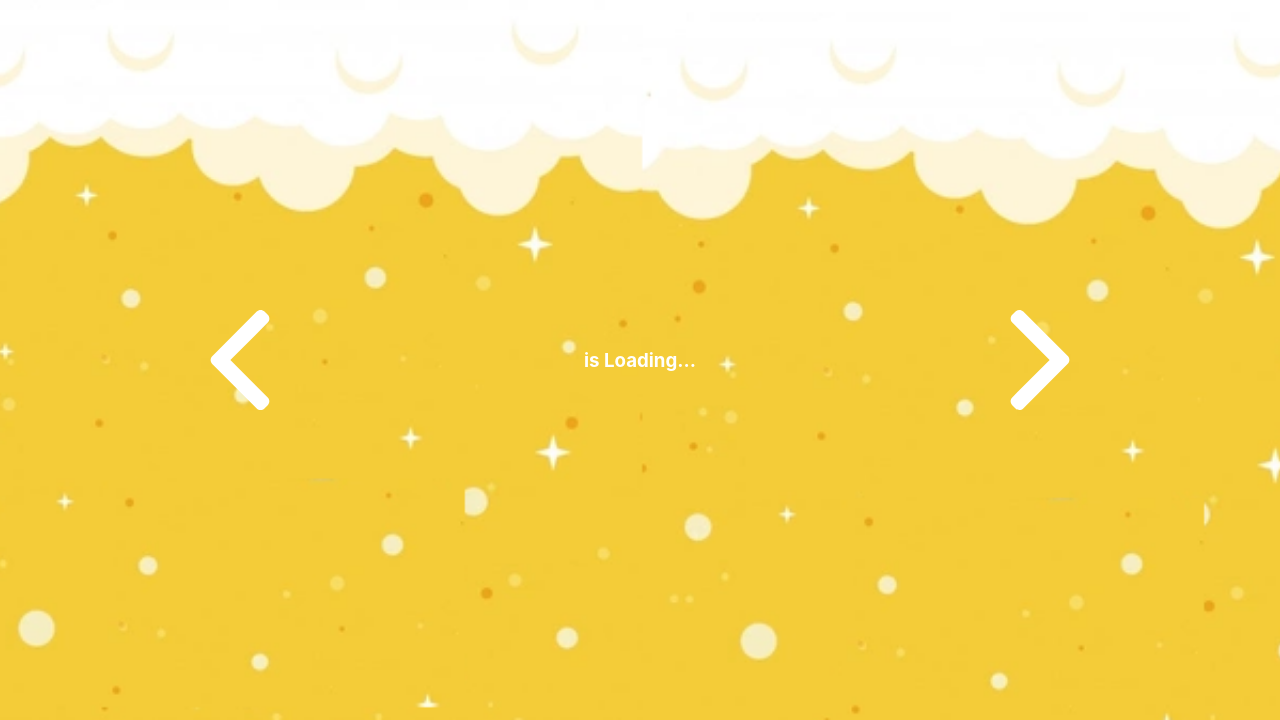
Repository: SebastianArmata22/Beer-app
Page: /
An editor plug-in stored every save of this project. The page is shown before and after the next save, followed by the edit.
The browser window is 1280 px wide. The pictures show the whole page.
The page's requests for data from a server got no answer. The project was rebuilt for these pictures with package versions that can differ from the ones it lists, and the page was loaded fresh each time. No one was signed in, and anything a server would have sent is missing. Also part of the build but not shown: src/components/Card.js.

Above is the page before, as saved 2021-02-12 23:40:10.

### src/index.css
body {
  margin: 0;
  font-family: -apple-system, BlinkMacSystemFont, 'Segoe UI', 'Roboto', 'Oxygen',
    'Ubuntu', 'Cantarell', 'Fira Sans', 'Droid Sans', 'Helvetica Neue',
    sans-serif;
  -webkit-font-smoothing: antialiased;
  -moz-osx-font-smoothing: grayscale;
  box-sizing: border-box;;

}

code {
  font-family: source-code-pro, Menlo, Monaco, Consolas, 'Courier New',
    monospace;
}

### src/components/App.js
import './App.css';
import Card from './Card.js'
import React from 'react'
import rigtArrow from'../icons/right-arrow.svg'
import leftArrow from'../icons/left-arrow.svg'


class App extends React.Component {

  constructor(props){
    super(props);
    this.state={
      isLoaded:false,
      data:[],
      isNext:true
    }
    this.counter=1
    this.nextBeer=this.nextBeer.bind(this)
    this.previousBeer=this.previousBeer.bind(this)
  }
  getUrl(){
   return `https://api.punkapi.com/v2/beers/${this.counter}`
  }
  getDateFromApi(url){
    fetch(url)
    .then(response=>response.json())
    .then(dataApi=>this.setState({
      isLoaded: true,
      data: dataApi}))
  }
  nextBeer(){
    this.setState({isLoaded: false})
    this.counter<325 && this.counter++
    this.getDateFromApi(this.getUrl())
    this.setState({isNext:true})
  }
 previousBeer(){
    this.setState({isLoaded: false})
    this.counter>1 && this.counter--
    this.getDateFromApi(this.getUrl());
    this.setState({isNext:false})
  }
  componentDidMount(){
    this.getDateFromApi(this.getUrl());
  }
  render(){
    return(
        <div className="app-container">
        <img className="svg-button" onClick={this.previousBeer} src={leftArrow} alt="previous" height='100px'/>
        {this.state.isLoaded ? <Card item={this.state.data} isNext={this.state.isNext} /> : <div className=" load-div"><h3>is Loading...</h3></div>}
        <img className="svg-button" onClick={this.nextBeer} src={rigtArrow} alt="next" height='100px' />
        </div>

    )
  }
}

export default App;

### src/components/App.css
.app-container{
  width: 100%;
  min-height: 100vh;
  display: flex;
  justify-content: center;
  align-items: center;
}

.svg-button{
  cursor: pointer;
}

@media only screen and (max-width: 600px) {
  .svg-button{
    transform: scale(0.3);
  }

}

### src/components/Card.css
*{
    margin: 0;
    padding: 0;

}
body{
    background-image: url('../images/background.png');
    background-repeat: no-repeat;
    background-position: center;
    background-size: cover;
    overflow: hidden;
}
.card {
    border: 2px solid #f39c12;
    border-radius: 20px;
    max-width: 700px;
    display: flex;
    flex-direction: column;
    min-height: 90vh;
    padding: 20px;
    background-color: rgba(255, 255, 255,0.8);
}
.card h2{
    color: #f39c12;
}

.photo-beer{
    height: 50vh;
}
.photo-card{
    display: flex;
    align-items: center;
    flex-direction: column;

}

.load-div{
    display: flex;
    justify-content: center;
    align-items: center;
    color: #ffffff;
    width: 700px;
}

.text-card{
    position: relative;
    text-align: left;
}

@media only screen and (max-width: 600px) {
    .card{
        min-width: 200px;
    }
}

Loaded but not shown: public/index.html (common file); src/index.js (common file)

After the next save:
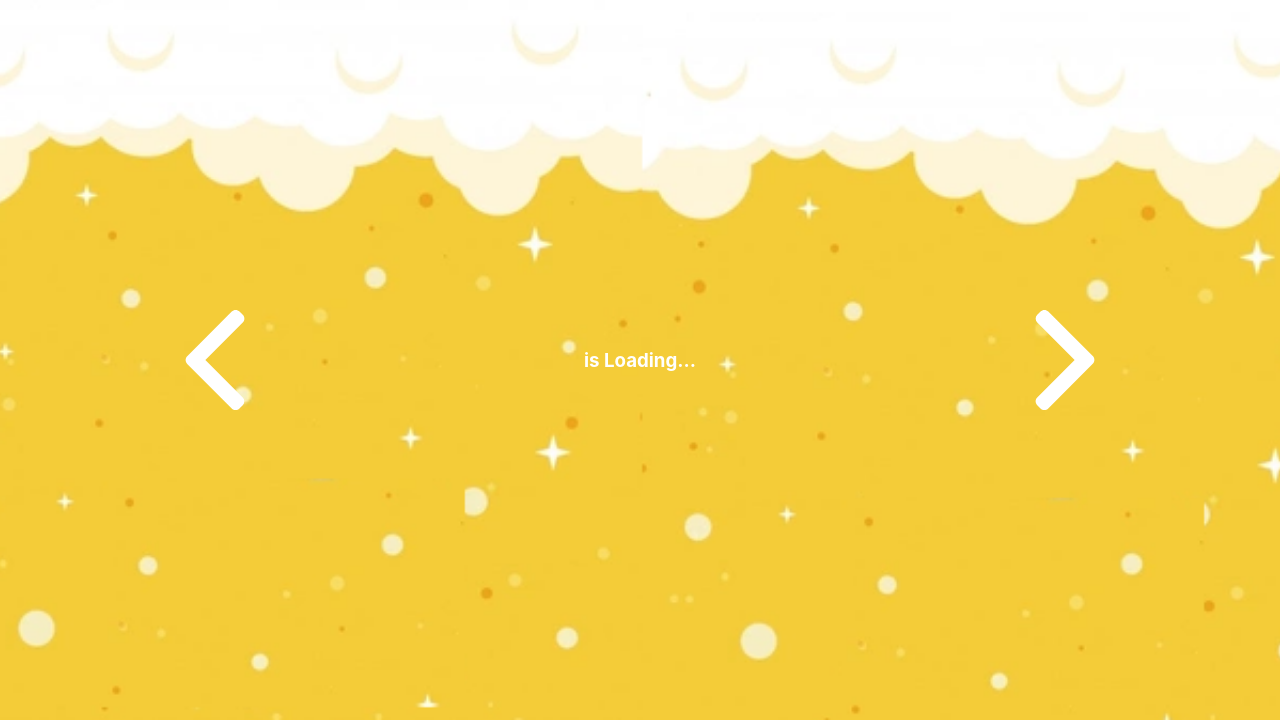
Saved 26 s later.
--- a/src/components/Card.css
+++ b/src/components/Card.css
@@ -39,7 +39,7 @@ body{
     justify-content: center;
     align-items: center;
     color: #ffffff;
-    width: 700px;
+    width: 750px;
 }
 
 .text-card{
